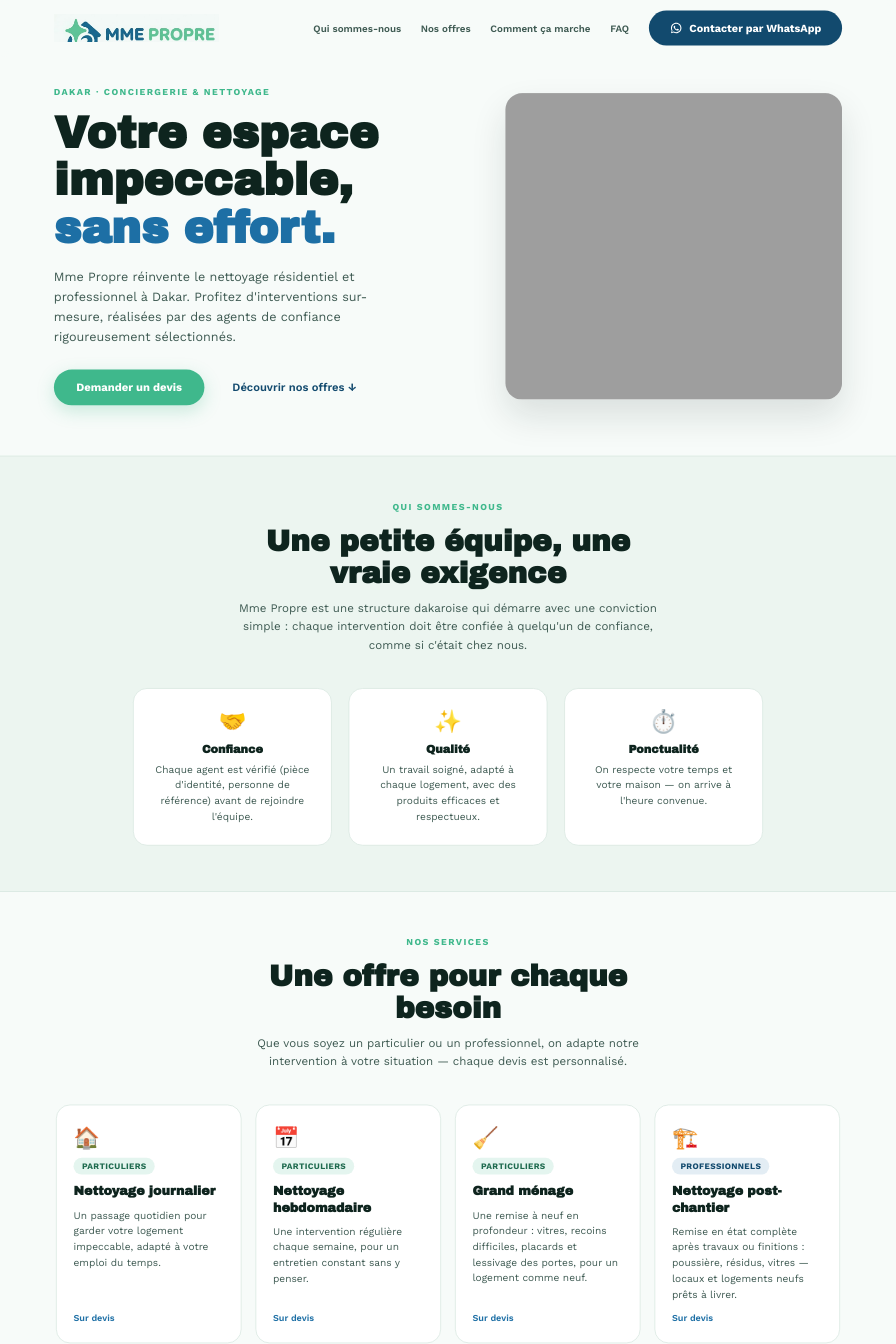
Repository: AntaaaKD/Mme-Propre
Page: index.html
The author's editor kept a copy of each file at every save. The page is drawn from the files as they stood at one save, then again after the next save.
The browser window is 1280 px wide. The pictures show the part of the page from y = 0 to 1920 px (the page is 4395 px tall before and 4385 px after), at 70% of full size.
Pictures or frames that could not be fetched are drawn as grey boxes.

Above is the page before, as saved 2026-07-29 00:47:03.

### index.html
<!DOCTYPE html>
<html lang="fr">
<head>
<meta charset="UTF-8">
<meta name="viewport" content="width=device-width, initial-scale=1.0">
<title>Mme Propre — La propreté de votre demeure, en un clic</title>
<meta name="description" content="Nettoyage résidentiel et professionnel à Dakar : particuliers, bureaux, post-chantier. Agents de confiance, devis gratuit sous 24h.">

<!-- Aperçu de lien (WhatsApp, Facebook, etc.) -->
<meta property="og:type" content="website">
<meta property="og:title" content="Mme Propre — La propreté de votre demeure, en un clic">
<meta property="og:description" content="Nettoyage résidentiel et professionnel à Dakar : particuliers, bureaux, post-chantier. Agents de confiance, devis gratuit sous 24h.">
<meta property="og:image" content="https://images.unsplash.com/photo-1758272421751-963195322eaa?w=1200&auto=format&fit=crop&q=80">
<!-- ⚠️ Remplacer par l'URL réelle une fois le site déployé sur Netlify -->
<meta property="og:url" content="https://mme-propre.netlify.app/">
<meta name="twitter:card" content="summary_large_image">
<link rel="icon" type="image/png" href="data:[embedded picture, 38990 characters]">
<link rel="preconnect" href="https://fonts.googleapis.com">
<link rel="preconnect" href="https://fonts.gstatic.com" crossorigin>
<link href="https://fonts.googleapis.com/css2?family=Archivo+Black&family=Work+Sans:wght@400;500;600;700&display=swap" rel="stylesheet">

<!-- Sécurité : Cloudflare Turnstile -->
<script src="https://challenges.cloudflare.com/turnstile/v0/api.js" async defer></script>

<style>
  :root{
    --surface:#F7FBF9;
    --surface-2:#ECF5F0;
    --ink:#0E241E;
    --ink-soft:#3E5A52;
    --blue:#1D6FA5;
    --blue-deep:#124A6E;
    --mint:#3FB88C;
    --lemon:#F2C230;
    --line:#D6E6DE;
    --display:"Archivo Black", sans-serif;
    --body:"Work Sans", sans-serif;
  }
  *{box-sizing:border-box;}
  body{margin:0;padding:0;background:var(--surface);color:var(--ink);font-family:var(--body);}
  a{color:inherit;}
  section{scroll-margin-top:20px;}

  header{
    display:flex;align-items:center;justify-content:space-between;
    padding:15px 6vw;position:sticky;top:0;background:rgba(247,251,249,0.9);
    backdrop-filter:blur(6px);z-index:20;border-bottom:1px solid transparent;
  }
  .logo{display:flex;align-items:center;}
  .logo img{height:40px;width:auto;display:block;}
  nav{display:flex;align-items:center;gap:28px;}
  nav a.nav-link{font-size:14px;font-weight:600;color:var(--ink-soft);text-decoration:none;}
  .header-cta{
    font-size:14px;font-weight:700;color:#fff;background:var(--blue-deep);
    border-radius:999px;padding:11px 22px;text-decoration:none;
    transition:transform .15s ease;
  }
  .header-cta:hover{transform:translateY(-2px);}
  .header-cta-wa{
  display:inline-flex;align-items:center;gap:8px;background:var(--mint);
  box-shadow:0 6px 16px rgba(63,184,140,0.3);
}
.header-cta-wa:hover{box-shadow:0 10px 22px rgba(63,184,140,0.45);}
  @media (max-width:760px){ nav a.nav-link{display:none;} }

  .hero{position:relative;padding:6vh 6vw 10vh;overflow:hidden;}
  .hero-grid{position:relative;z-index:2;display:grid;grid-template-columns:1.1fr 0.9fr;gap:56px;align-items:center;}
  @media (max-width:860px){.hero-grid{grid-template-columns:1fr;gap:40px;} .hero-image{max-height:320px;}}
  .hero-image{position:relative;border-radius:24px;overflow:hidden;box-shadow:0 24px 50px rgba(14,36,30,0.12);aspect-ratio:1.1;}
  .hero-image img{width:100%;height:100%;object-fit:cover;display:block;}
  .eyebrow{font-size:13px;font-weight:700;letter-spacing:2px;text-transform:uppercase;color:var(--mint);margin-bottom:18px;}
  h1{font-family:var(--display);font-size:clamp(36px,5.5vw,64px);line-height:1.05;margin:0 0 22px;max-width:15ch;}
  h1 .accent{color:var(--blue);}
  .hero p.lead{font-size:18px;color:var(--ink-soft);max-width:46ch;line-height:1.6;margin:0 0 32px;}
  .hero-ctas{display:flex;gap:16px;align-items:center;flex-wrap:wrap;}
  .btn-primary{
    background:var(--mint);color:#fff;font-weight:700;padding:16px 32px;
    border-radius:999px;box-shadow:0 8px 24px rgba(63,184,140,0.25);text-decoration:none;
    transition:transform .2s ease, box-shadow .2s ease;
  }
  .btn-primary:hover{transform:translateY(-2px);box-shadow:0 12px 28px rgba(63,184,140,0.4);}
  .btn-secondary{font-weight:600;color:var(--blue-deep);padding:16px 24px;text-decoration:none;}

  .section{padding:9vh 6vw;}
  .section.alt{background:var(--surface-2);border-top:1px solid var(--line);border-bottom:1px solid var(--line);}
  .section-head{max-width:640px;margin:0 auto 48px;text-align:center;}
  .section-head .eyebrow{justify-content:center;display:flex;}
  .section-head h2{font-family:var(--display);font-size:clamp(28px,3.6vw,42px);margin:0 0 14px;}
  .section-head p{color:var(--ink-soft);font-size:16.5px;line-height:1.6;margin:0;}

    /* ---------- Qui sommes-nous / Valeurs ---------- */
  .values-grid{max-width:900px;margin:0 auto;display:grid;grid-template-columns:repeat(3,1fr);gap:24px;}
  @media (max-width:760px){.values-grid{grid-template-columns:1fr;}}
  .value-card{
    background:#fff;border:1.5px solid var(--line);border-radius:20px;padding:28px 24px;
    text-align:center;transition:transform .18s ease, box-shadow .18s ease;
  }
  .value-card:hover{transform:translateY(-4px);box-shadow:0 16px 32px rgba(14,36,30,0.08);}
  .value-icon{font-size:32px;display:block;margin-bottom:12px;}
  .value-card h4{font-family:var(--display);font-size:16px;margin:0 0 10px;}
  .value-card p{color:var(--ink-soft);font-size:14.5px;line-height:1.55;margin:0;}


  .offers{max-width:1120px;margin:0 auto;display:grid;grid-template-columns:repeat(4,1fr);gap:20px;}
  @media (max-width:980px){.offers{grid-template-columns:repeat(2,1fr);}}
  @media (max-width:560px){.offers{grid-template-columns:1fr;}}
  .offer-card{
    background:#fff;border:1.5px solid var(--line);border-radius:20px;padding:28px 24px;
    display:flex;flex-direction:column;gap:12px;transition:transform .18s ease, box-shadow .18s ease;
  }
  .offer-card:hover{transform:translateY(-4px);box-shadow:0 16px 32px rgba(14,36,30,0.08);}
  .offer-card .emoji{font-size:30px;}
  .offer-card h3{font-family:var(--display);font-size:18px;margin:0;line-height:1.3;}
  .offer-card p{color:var(--ink-soft);font-size:14.5px;line-height:1.55;margin:0;flex:1;}
  .offer-tag{
    align-self:flex-start;font-size:12px;font-weight:700;letter-spacing:0.5px;text-transform:uppercase;
    padding:5px 12px;border-radius:999px;
  }
  .tag-domicile{background:rgba(63,184,140,0.14);color:#1f6b4f;}
  .tag-pro{background:rgba(29,111,165,0.12);color:var(--blue-deep);}
  .offer-quote{font-size:13px;font-weight:600;color:var(--blue);margin-top:2px;}

  .steps{max-width:900px;margin:0 auto;display:grid;grid-template-columns:repeat(3,1fr);gap:28px;}
  @media (max-width:760px){.steps{grid-template-columns:1fr;}}
  .step{text-align:center;}
  .step-num{
    width:44px;height:44px;border-radius:50%;background:var(--blue-deep);color:#fff;
    display:flex;align-items:center;justify-content:center;font-family:var(--display);font-size:17px;
    margin:0 auto 16px;
  }
  .step h4{font-family:var(--display);font-size:17px;margin:0 0 8px;}
  .step p{color:var(--ink-soft);font-size:14.5px;line-height:1.55;margin:0;}

  .form-wrap{max-width:760px;margin:0 auto;background:#fff;border:1.5px solid var(--line);border-radius:24px;padding:44px 40px;}
  @media (max-width:600px){.form-wrap{padding:32px 22px;}}
  .grid{display:grid;grid-template-columns:1fr 1fr;gap:16px;}
  @media (max-width:680px){.grid{grid-template-columns:1fr;}}
  .field{display:flex;flex-direction:column;gap:6px;}
  .field.full{grid-column:1/-1;}
  label{font-size:13px;font-weight:600;color:var(--ink-soft);}
  input,select,textarea{
    font-family:var(--body);font-size:15px;border:1.5px solid var(--line);border-radius:12px;
    padding:13px 15px;background:#fff;color:var(--ink);outline:none;transition:border-color .18s ease;
  }
  input:focus,select:focus,textarea:focus{border-color:var(--blue);}
  textarea{resize:vertical;min-height:90px;}

  .security-row { margin-top: 10px; display: flex; justify-content: center; width: 100%; }

  .submit-row{margin-top:20px;display:flex;align-items:center;gap:16px;flex-wrap:wrap;}
  .btn-whatsapp{
    display:inline-flex;align-items:center;gap:10px;background:var(--mint);color:#fff;border:none;
    border-radius:999px;padding:15px 26px;font-family:var(--body);font-weight:700;font-size:15px;cursor:pointer;
    transition:transform .15s ease, box-shadow .15s ease;
  }
  .btn-whatsapp:hover{transform:translateY(-2px);box-shadow:0 8px 22px rgba(63,184,140,0.35);}
  .btn-whatsapp:disabled{opacity:0.6;cursor:not-allowed;transform:none;}
  .btn-whatsapp-outline{
    display:inline-flex;align-items:center;gap:10px;background:#fff;color:var(--ink);border:1.5px solid var(--line);
    border-radius:999px;padding:14px 24px;font-family:var(--body);font-weight:700;font-size:14.5px;cursor:pointer;
    transition:transform .15s ease, border-color .15s ease;
  }
  .btn-whatsapp-outline:hover{transform:translateY(-2px);border-color:var(--mint);}
  .hint{font-size:13px;color:var(--ink-soft);}
  .privacy-note{font-size:12.5px;color:var(--ink-soft);margin-top:10px;line-height:1.5;}
  .hp-field{position:absolute;left:-9999px;top:-9999px;height:0;width:0;overflow:hidden;}

  .direct{padding:8vh 6vw;text-align:center;}

  /* ---------- FAQ ---------- */
  .faq-list{max-width:760px;margin:0 auto;display:flex;flex-direction:column;gap:14px;}
  .faq-item{
    background:#fff;border:1.5px solid var(--line);border-radius:16px;
    padding:6px 22px;transition:border-color .18s ease;
  }
  .faq-item[open]{border-color:var(--mint);}
  .faq-item summary{
    padding:16px 0;font-family:var(--display);font-size:15.5px;cursor:pointer;
    list-style:none;display:flex;align-items:center;justify-content:space-between;gap:16px;color:var(--ink);
  }
  .faq-item summary::-webkit-details-marker{display:none;}
  .faq-item summary::after{
    content:"+";font-family:var(--body);font-size:22px;font-weight:400;color:var(--mint);flex-shrink:0;
    transition:transform .2s ease;
  }
  .faq-item[open] summary::after{transform:rotate(45deg);}
  .faq-item p{color:var(--ink-soft);font-size:14.5px;line-height:1.6;margin:0 0 18px;}
  .direct h3{font-family:var(--display);font-size:clamp(22px,3vw,30px);margin:0 0 12px;}
  .direct p{color:var(--ink-soft);margin:0 0 26px;font-size:16px;}
  .btn-direct{
    display:inline-flex;align-items:center;gap:10px;
    background:var(--blue-deep);color:#fff;border:none;border-radius:999px;
    padding:16px 30px;font-family:var(--body);font-weight:700;font-size:15.5px;text-decoration:none;
    transition:transform .15s ease;
  }
  .btn-direct:hover{transform:translateY(-2px);}

  footer{padding:26px 6vw;border-top:1px solid var(--line);font-size:13px;color:var(--ink-soft);display:flex;justify-content:space-between;flex-wrap:wrap;gap:10px;}
</style>
</head>
<body>

<header>
  <div class="logo"><img src="data:[embedded picture, 79982 characters]" alt="Mme Propre"></div>
    <nav>
    <a class="nav-link" href="#apropos">Qui sommes-nous</a>
    <a class="nav-link" href="#offres">Nos offres</a>
    <a class="nav-link" href="#comment">Comment ça marche</a>
    <a class="nav-link" href="#faq">FAQ</a>
    <a class="btn-direct" id="direct-wa" href="#" target="_blank" rel="noopener">
  <svg viewBox="0 0 24 24" width="18" height="18" fill="currentColor" aria-hidden="true">
    <path d="M12 2C6.48 2 2 6.48 2 12c0 1.85.5 3.58 1.38 5.07L2 22l5.11-1.34A9.94 9.94 0 0 0 12 22c5.52 0 10-4.48 10-10S17.52 2 12 2zm0 18c-1.63 0-3.16-.44-4.48-1.21l-.32-.19-3.03.79.81-2.95-.21-.31A7.94 7.94 0 0 1 4 12c0-4.41 3.59-8 8-8s8 3.59 8 8-3.59 8-8 8zm4.36-5.86c-.24-.12-1.42-.7-1.64-.78-.22-.08-.38-.12-.54.12-.16.24-.62.78-.76.94-.14.16-.28.18-.52.06-.24-.12-1.01-.37-1.92-1.19-.71-.63-1.19-1.41-1.33-1.65-.14-.24-.01-.37.11-.49.11-.11.24-.28.36-.42.12-.14.16-.24.24-.4.08-.16.04-.3-.02-.42-.06-.12-.54-1.3-.74-1.78-.19-.46-.39-.4-.54-.4-.14 0-.3-.02-.46-.02s-.42.06-.64.3c-.22.24-.84.82-.84 2s.86 2.32.98 2.48c.12.16 1.7 2.6 4.12 3.64.58.25 1.03.4 1.38.51.58.18 1.11.16 1.53.1.47-.07 1.42-.58 1.62-1.14.2-.56.2-1.04.14-1.14-.06-.1-.22-.16-.46-.28z"/>
  </svg>
  <span>Contacter par WhatsApp</span>
</a>
  </nav>
</header>

<section class="hero">
  <div class="hero-grid">
    <div>
      <div class="eyebrow">Dakar · Conciergerie & Nettoyage</div>
      <h1>Votre espace impeccable, <span class="accent">sans effort.</span></h1>
      <p class="lead">Mme Propre réinvente le nettoyage résidentiel et professionnel à Dakar. Profitez d'interventions sur-mesure, réalisées par des agents de confiance rigoureusement sélectionnés.</p>
      <div class="hero-ctas">
        <a href="#devis" class="btn-primary">Demander un devis</a>
        <a href="#offres" class="btn-secondary">Découvrir nos offres ↓</a>
      </div>
    </div>
    <div class="hero-image">
      <img src="https://african.land/oc-content/plugins/blog/img/blog/328.jpg" alt="Nettoyage professionnel de maison à Dakar">

    </div>
  </div>
</section>



<!-- ============ NOUVELLE SECTION : QUI SOMMES-NOUS ============ -->
<section class="section alt" id="apropos">
  <div class="section-head">
    <div class="eyebrow">Qui sommes-nous</div>
    <h2>Une petite équipe, une vraie exigence</h2>
    <p>Mme Propre est une structure dakaroise qui démarre avec une conviction simple : chaque intervention doit être confiée à quelqu'un de confiance, comme si c'était chez nous.</p>
  </div>
  <div class="values-grid">
    <div class="value-card">
      <span class="value-icon">🤝</span>
      <h4>Confiance</h4>
      <p>Chaque agent est vérifié (pièce d'identité, personne de référence) avant de rejoindre l'équipe.</p>
    </div>
    <div class="value-card">
      <span class="value-icon">✨</span>
      <h4>Qualité</h4>
      <p>Un travail soigné, adapté à chaque logement, avec des produits efficaces et respectueux.</p>
    </div>
    <div class="value-card">
      <span class="value-icon">⏱️</span>
      <h4>Ponctualité</h4>
      <p>On respecte votre temps et votre maison — on arrive à l'heure convenue.</p>
    </div>
  </div>
</section>
<!-- ============ FIN NOUVELLE SECTION ============ -->

<section class="section" id="offres">
  <div class="section-head">
    <div class="eyebrow">Nos services</div>
    <h2>Une offre pour chaque besoin</h2>
    <p>Que vous soyez un particulier ou un professionnel, on adapte notre intervention à votre situation — chaque devis est personnalisé.</p>
  </div>
  <div class="offers">
    <div class="offer-card">
      <span class="emoji">🏠</span>
      <span class="offer-tag tag-domicile">Particuliers</span>
      <h3>Nettoyage journalier</h3>
      <p>Un passage quotidien pour garder votre logement impeccable, adapté à votre emploi du temps.</p>
      <span class="offer-quote">Sur devis</span>
    </div>
    <div class="offer-card">
      <span class="emoji">📅</span>
      <span class="offer-tag tag-domicile">Particuliers</span>
      <h3>Nettoyage hebdomadaire</h3>
      <p>Une intervention régulière chaque semaine, pour un entretien constant sans y penser.</p>
      <span class="offer-quote">Sur devis</span>
    </div>
    <div class="offer-card">
      <span class="emoji">🧹</span>
      <span class="offer-tag tag-domicile">Particuliers</span>
      <h3>Grand ménage</h3>
      <p>Une remise à neuf en profondeur : vitres, recoins difficiles, placards et lessivage des portes, pour un logement comme neuf.</p>
      <span class="offer-quote">Sur devis</span>
    </div>
    <div class="offer-card">
      <span class="emoji">🏗️</span>
      <span class="offer-tag tag-pro">Professionnels</span>
      <h3>Nettoyage post-chantier</h3>
      <p>Remise en état complète après travaux ou finitions : poussière, résidus, vitres — locaux et logements neufs prêts à livrer.</p>
      <span class="offer-quote">Sur devis</span>
    </div>
  </div>
</section>

<section class="section alt" id="comment">
  <div class="section-head">
    <div class="eyebrow">Simple et rapide</div>
    <h2>Comment ça marche</h2>
  </div>
  <div class="steps">
    <div class="step">
      <div class="step-num">1</div>
      <h4>Vous nous contactez</h4>
      <p>Décrivez votre besoin via le formulaire ou directement sur WhatsApp : type de bien, surface, fréquence souhaitée.</p>
    </div>
    <div class="step">
      <div class="step-num">2</div>
      <h4>On évalue ensemble</h4>
      <p>Selon la situation, on échange par téléphone et on organise une visite pour établir un devis précis et adapté.</p>
    </div>
    <div class="step">
      <div class="step-num">3</div>
      <h4>Intervention programmée</h4>
      <p>Une fois le devis validé, on planifie l'intervention à la date qui vous convient le mieux.</p>
    </div>
  </div>
</section>

<section class="section" id="faq">
  <div class="section-head">
    <div class="eyebrow">Questions fréquentes</div>
    <h2>Ce que vous vous demandez peut-être</h2>
  </div>
  <div class="faq-list">
    <details class="faq-item">
      <summary>Comment sélectionnez-vous vos agents de nettoyage ?</summary>
      <p>Chaque candidat passe par une vérification d'identité (pièce d'identité) et fournit une personne de référence avant de rejoindre l'équipe. On reste une petite structure qui démarre, donc chaque profil est validé personnellement plutôt que via un processus automatisé.</p>
    </details>
    <details class="faq-item">
      <summary>Dois-je être présent(e) pendant l'intervention ?</summary>
      <p>Ce n'est pas obligatoire, mais c'est recommandé pour la toute première intervention afin de valider ensemble vos attentes et l'accès au logement. Pour les interventions suivantes, on s'organise selon ce qui vous convient le mieux.</p>
    </details>
    <details class="faq-item">
      <summary>Comment se passe le paiement ?</summary>
      <p>Les modalités (montant, moyen de paiement, fréquence) sont fixées ensemble au moment du devis, avant toute intervention — vous savez exactement à quoi vous attendre dès le départ.</p>
    </details>
    <details class="faq-item">
      <summary>Que se passe-t-il si je ne suis pas satisfait(e) ?</summary>
      <p>Contactez-nous directement — on préfère de loin ajuster le service avec vous plutôt que de laisser un problème sans réponse.</p>
    </details>
    <details class="faq-item">
      <summary>Travaillez-vous aussi avec les professionnels de l'immobilier et du bâtiment ?</summary>
      <p>Oui — nettoyage post-chantier, remise en état de logements neufs ou de locaux avant livraison. Contactez-nous pour discuter de vos besoins, ponctuels ou récurrents.</p>
    </details>
  </div>
</section>

<section class="section" id="devis">
  <div class="section-head">
    <div class="eyebrow">Demande de devis</div>
    <h2>Parlez-nous de votre projet</h2>
    <p>Particulier ou professionnel, remplissez ce formulaire — on revient vers vous rapidement avec une proposition adaptée.</p>
  </div>

  <div class="form-wrap">
    <div class="grid">
      <div class="field"><label for="d-nom">Nom complet</label><input id="d-nom" type="text" required maxlength="80" autocomplete="name" placeholder="Ex : Awa Diagne"></div>
      <div class="field"><label for="d-tel">Numéro de téléphone</label><input id="d-tel" type="tel" required maxlength="25" autocomplete="tel" inputmode="tel" pattern="^[0-9+ ]{7,25}$" placeholder="77 000 00 00"></div>
      <div class="field">
        <label for="d-type">Vous êtes</label>
        <select id="d-type">
          <option value="Particulier — Domicile">Particulier — nettoyage domicile</option>
          <option value="Pro — Post-chantier">Professionnel — nettoyage post-chantier</option>
          <option value="Pro — Bureaux/Locaux">Professionnel — bureaux / locaux</option>
          <option value="Autre">Autre</option>
        </select>
      </div>
      <div class="field"><label for="d-zone">Quartier / zone</label><input id="d-zone" type="text" placeholder="Ex : Sacré-Cœur, Dakar" maxlength="100"></div>
      <div class="field full"><label for="d-surface">Surface ou taille approximative (si connue)</label><input id="d-surface" type="text" placeholder="Ex : Appartement 3 pièces, ou 200 m²" maxlength="100"></div>
      <div class="field full">
        <label for="d-msg">Décrivez votre besoin</label>
        <textarea id="d-msg" maxlength="1000" placeholder="Ex : Nettoyage de fin de chantier pour un immeuble de 4 appartements..."></textarea>
      </div>

      <!-- Champ piège anti-bot : invisible pour un humain, souvent rempli par les robots -->
      <div class="field full hp-field" aria-hidden="true">
        <label for="d-site">Laisser ce champ vide</label>
        <input id="d-site" type="text" tabindex="-1" autocomplete="off">
      </div>

      <div class="field full security-row">
        <div class="cf-turnstile" data-sitekey="0x4AAAAAAD6Cu6YosposxSZD"></div>
      </div>
    </div>

    <div class="submit-row">
      <button class="btn-whatsapp" id="submit-btn">Envoyer ma demande</button>
      <button class="btn-whatsapp-outline" id="wa-direct-btn">Ou nous écrire sur WhatsApp</button>
    </div>
    <div class="hint" id="submit-status" style="margin-top:14px;">On vous répond généralement sous 24h.</div>
    <p class="privacy-note">En envoyant ce formulaire, vous acceptez que Mme Propre conserve ces informations pour vous recontacter au sujet de votre demande. Elles ne sont ni revendues, ni partagées avec des tiers.</p>
  </div>
</section>

<section class="direct">
  <h3>Une question avant de remplir le formulaire ?</h3>
  <p>Écrivez-nous directement, on répond vite.</p>
  <a class="btn-direct" id="direct-wa" href="#" target="_blank" rel="noopener">Contacter Mme Propre sur WhatsApp</a>
</section>

<footer>
  <span>Mme Propre — Dakar, Sénégal</span>
  <a class="footer-phone" href="tel:+221775730664">
    <svg viewBox="0 0 24 24" width="16" height="16" fill="currentColor" aria-hidden="true">
      <path d="M6.62 10.79a15.05 15.05 0 0 0 6.59 6.59l2.2-2.2a1 1 0 0 1 1.02-.24 11.36 11.36 0 0 0 3.57.57 1 1 0 0 1 1 1V20a1 1 0 0 1-1 1A17 17 0 0 1 3 4a1 1 0 0 1 1-1h3.5a1 1 0 0 1 1 1 11.36 11.36 0 0 0 .57 3.57 1 1 0 0 1-.25 1.02l-2.2 2.2z"/>
    </svg>
    <span>+221 77 573 06 64</span>
  </a>
  <span>Nettoyage résidentiel & professionnel</span>
</footer>
<script src="script.js"></script>

</body>
</html>

Loaded but not shown: script.js (105 lines, source omitted)

After the next save:
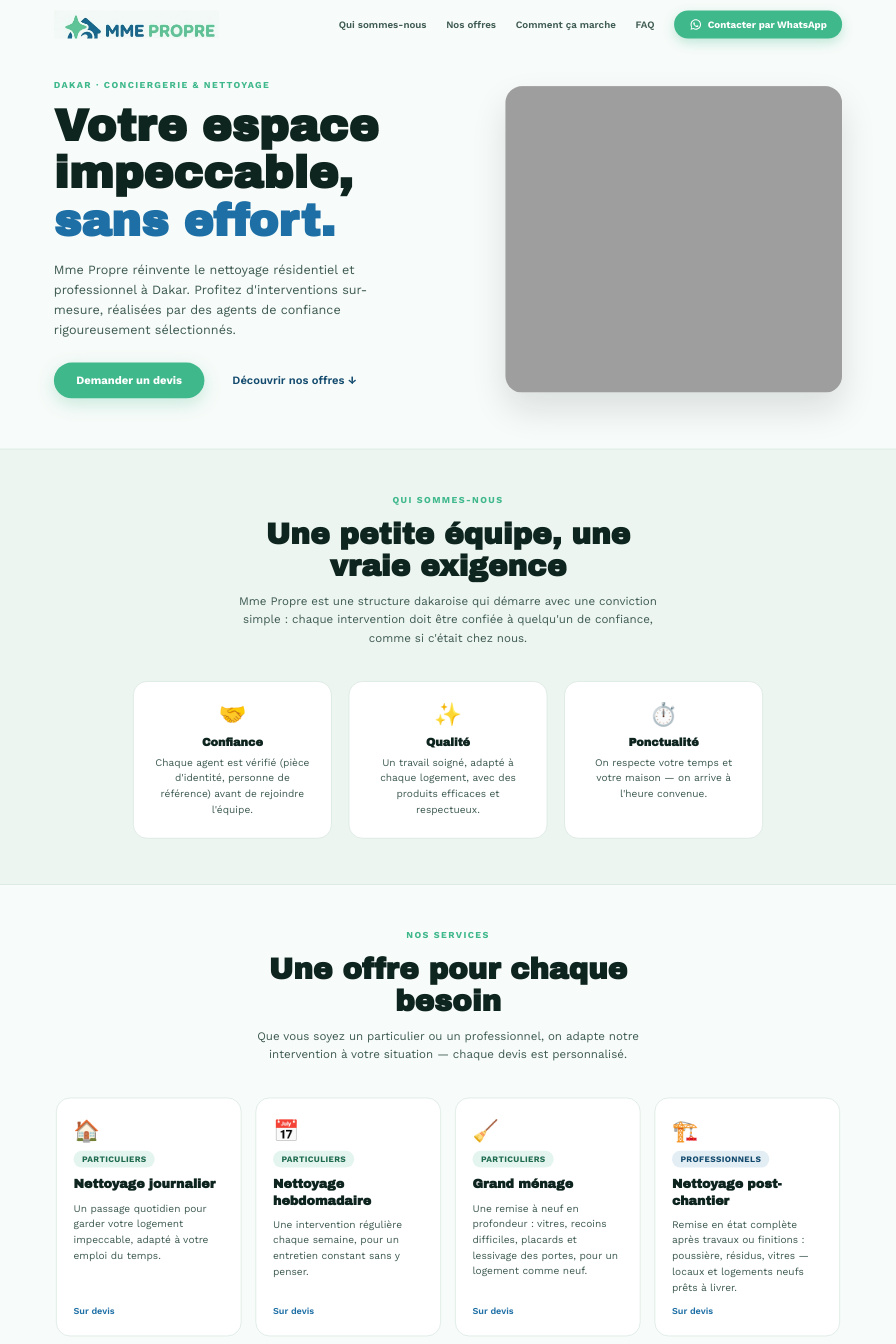
Saved 34 s later.
--- a/index.html
+++ b/index.html
@@ -207,7 +207,7 @@
     <a class="nav-link" href="#offres">Nos offres</a>
     <a class="nav-link" href="#comment">Comment ça marche</a>
     <a class="nav-link" href="#faq">FAQ</a>
-    <a class="btn-direct" id="direct-wa" href="#" target="_blank" rel="noopener">
+    <a class="header-cta header-cta-wa" id="header-wa-btn" href="#" target="_blank" rel="noopener">
   <svg viewBox="0 0 24 24" width="18" height="18" fill="currentColor" aria-hidden="true">
     <path d="M12 2C6.48 2 2 6.48 2 12c0 1.85.5 3.58 1.38 5.07L2 22l5.11-1.34A9.94 9.94 0 0 0 12 22c5.52 0 10-4.48 10-10S17.52 2 12 2zm0 18c-1.63 0-3.16-.44-4.48-1.21l-.32-.19-3.03.79.81-2.95-.21-.31A7.94 7.94 0 0 1 4 12c0-4.41 3.59-8 8-8s8 3.59 8 8-3.59 8-8 8zm4.36-5.86c-.24-.12-1.42-.7-1.64-.78-.22-.08-.38-.12-.54.12-.16.24-.62.78-.76.94-.14.16-.28.18-.52.06-.24-.12-1.01-.37-1.92-1.19-.71-.63-1.19-1.41-1.33-1.65-.14-.24-.01-.37.11-.49.11-.11.24-.28.36-.42.12-.14.16-.24.24-.4.08-.16.04-.3-.02-.42-.06-.12-.54-1.3-.74-1.78-.19-.46-.39-.4-.54-.4-.14 0-.3-.02-.46-.02s-.42.06-.64.3c-.22.24-.84.82-.84 2s.86 2.32.98 2.48c.12.16 1.7 2.6 4.12 3.64.58.25 1.03.4 1.38.51.58.18 1.11.16 1.53.1.47-.07 1.42-.58 1.62-1.14.2-.56.2-1.04.14-1.14-.06-.1-.22-.16-.46-.28z"/>
   </svg>
